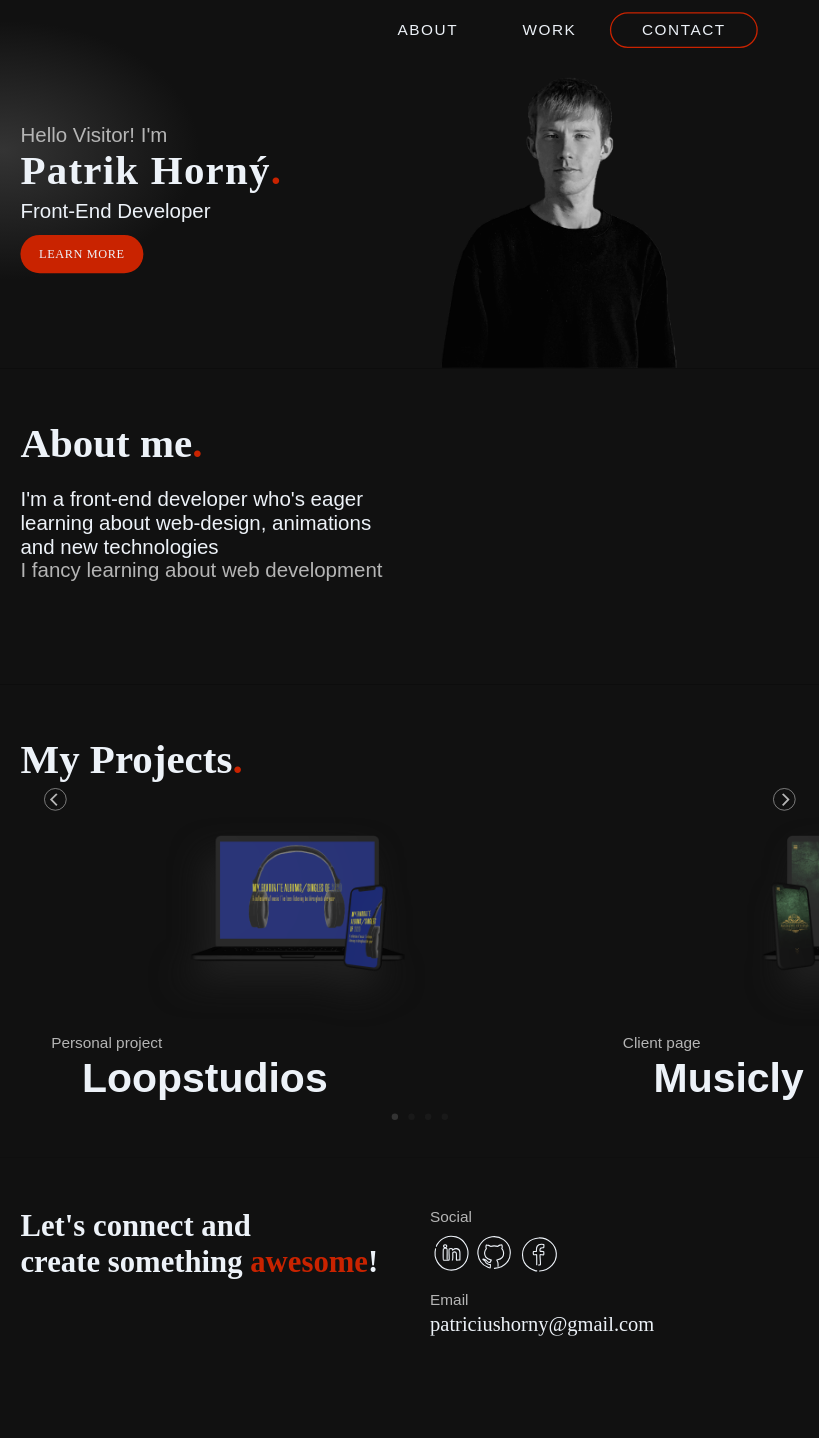
Repository: Spreceriany/portfolio
Page: index.html
These files come from the project's save history. The page is drawn as it stood at one moment and after the next save; the edit follows.
The browser window is 1280 px wide. The pictures show the whole page, at 64% of full size.
Some web fonts or font styles are not loaded; a fallback is used. The style sheet was rebuilt from its Sass, Less or Tailwind sources for each picture, by a compiler version that may differ from the author's.

Above is the page before, as saved 2021-03-11 15:51:52.

After the next save:
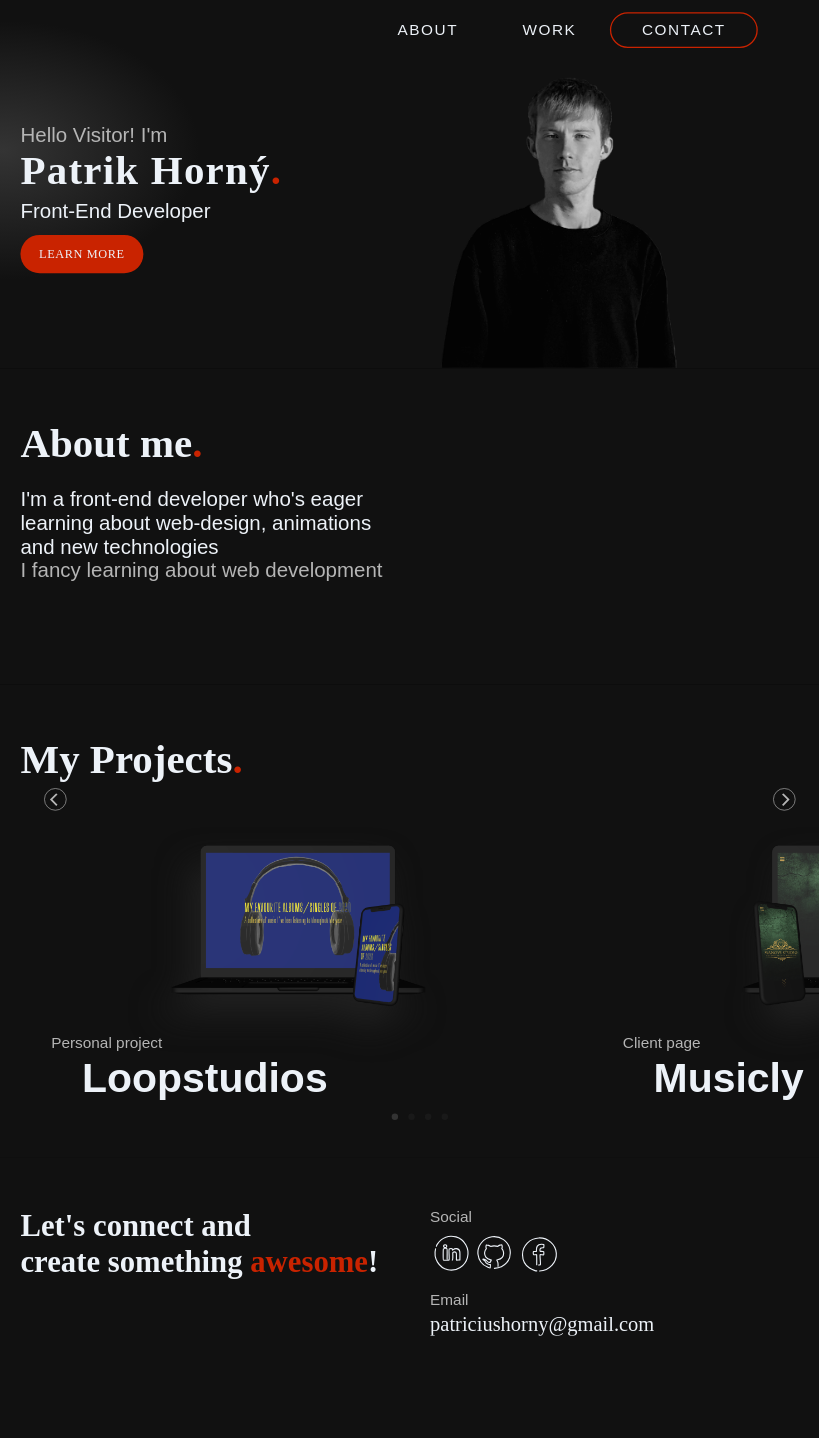
Saved 8 s later.
--- a/css/components/_work.scss
+++ b/css/components/_work.scss
@@ -21,7 +21,7 @@
       margin-right: 2em;
       display: flex;
       flex-direction: column;
-      padding-bottom: 5em;
+      margin-bottom: 5em;
 
 
       .link{
